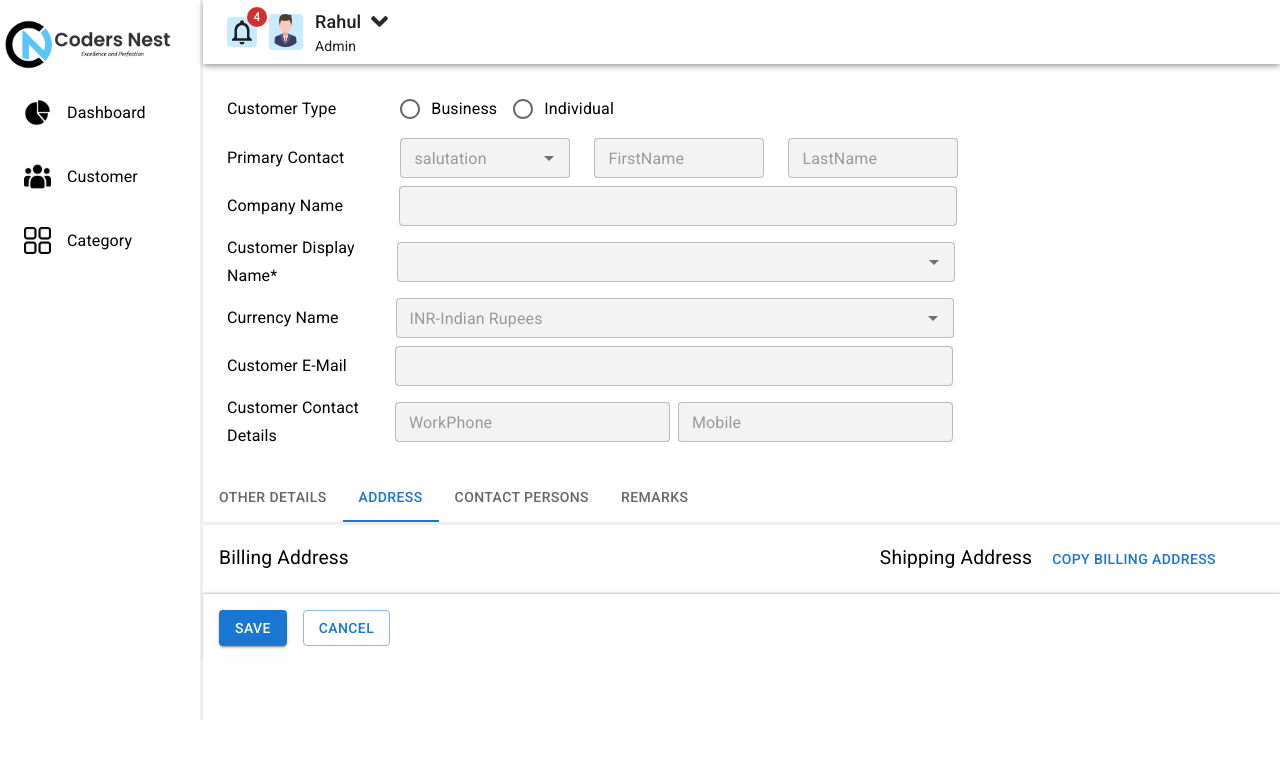
Repository: wajahadalishaik04/CN_Books
Page: /newcustomer, after clicking the first element matching `div.MuiTabs-list > :nth-child(2)`
An editor plug-in stored every save of this project. The page is shown before and after a run of saves, followed by the edit.
The browser window is 1280 px wide. The pictures show the whole page.
The project was rebuilt for these pictures with package versions that can differ from the ones it lists, and the page was loaded fresh each time. Also part of the build but not shown: vite.config.js, src/pages/LoginScreen.jsx, src/pages/Signin.jsx, src/pages/OtpScreen.jsx, src/pages/SignUp.jsx, src/pages/VerifyScreen.jsx, src/components/Content.jsx, src/pages/DashboardScreen.jsx and 4 more.

Above is the page before, as saved 2024-09-18 01:02:07.

After the next 5 saves:
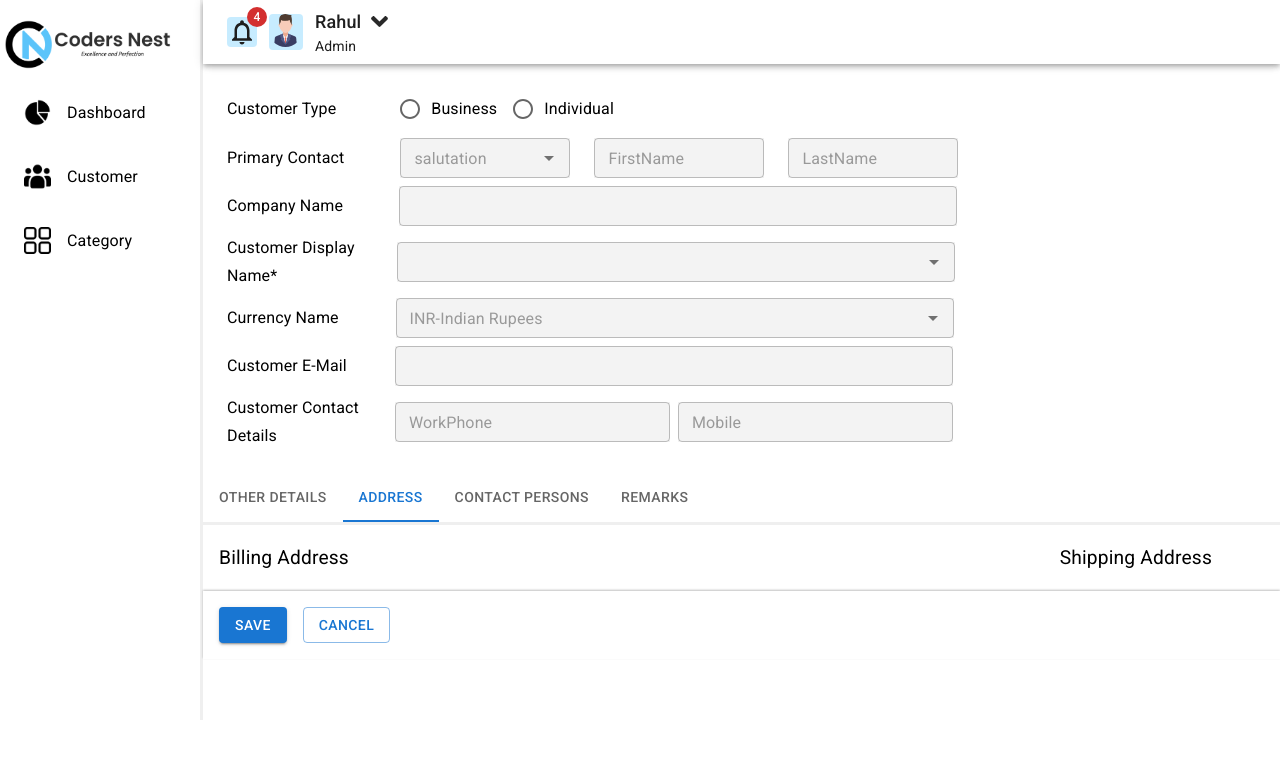
The 5 saves are shown as one change because 1 did not build or start and some came seconds apart.
The last was saved 32 s later.
--- a/src/pages/customerscreens/NewCustomer.jsx
+++ b/src/pages/customerscreens/NewCustomer.jsx
@@ -563,7 +563,7 @@ const NewCustomer = () => {
             <Typography variant="subtitle1"fontSize={"1.2rem"}>Billing Address</Typography>
             <Box sx={{display:"flex",paddingRight:5,gap:1.5}}>
             <Typography variant="subtitle1"fontSize={"1.2rem"}>Shipping Address</Typography>
-            <Button variant="text">Copy billing Address </Button>
+           <Box></Box>
             </Box>
             </Box>
           </Box>
